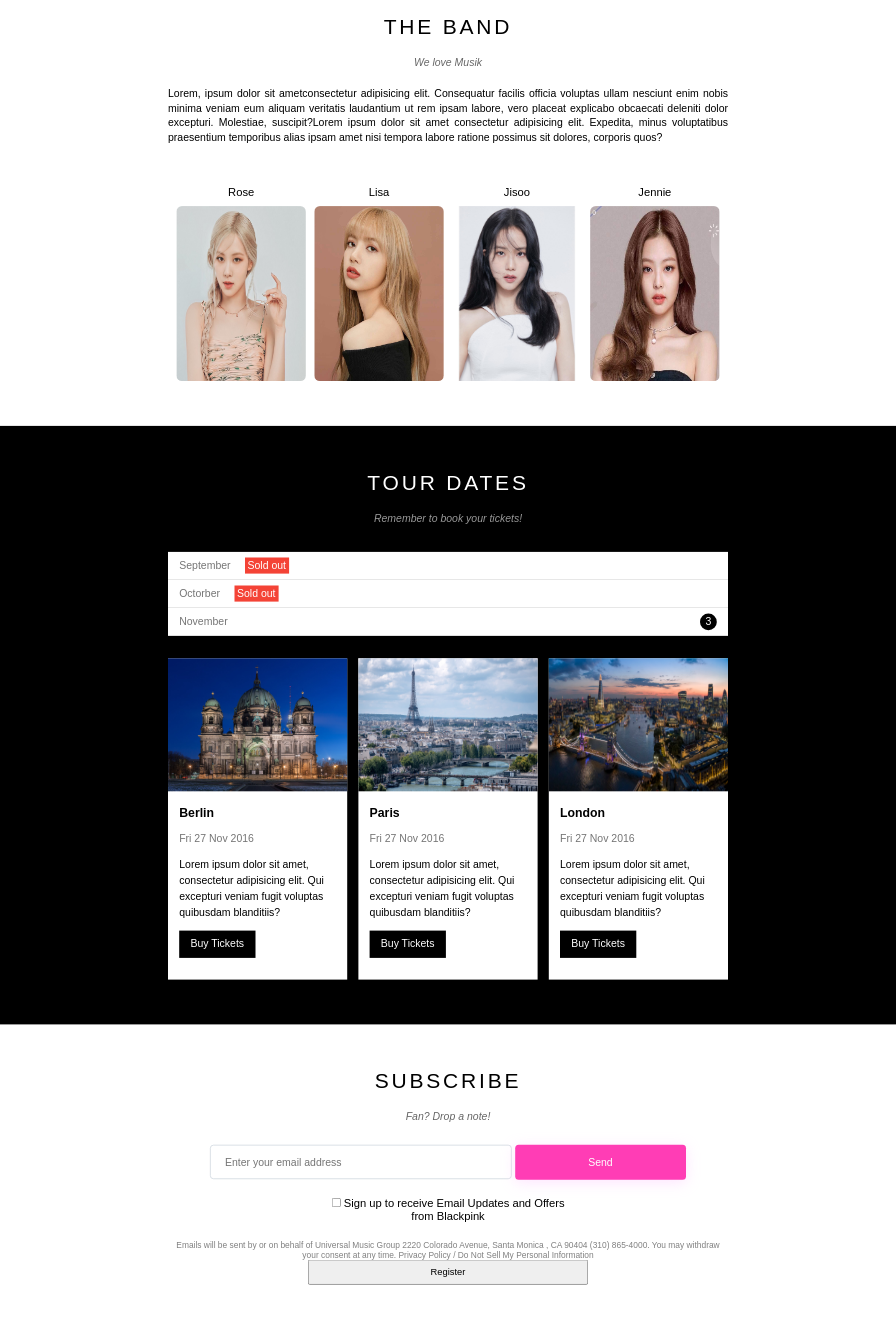
Repository: AiTrinh303/First-Project
Page: /
These files come from the project's save history. The page is drawn as it stood at one moment and after the next save; the edit follows.
The browser window is 1280 px wide. The pictures show the part of the page from y = 728 to 2648 px (the page is 2628 px tall before and 2648 px after), at 70% of full size.
The project was rebuilt for these pictures with package versions that can differ from the ones it lists, and the page was loaded fresh each time.

Above is the page before, as saved 2024-01-23 10:26:10.

After the next save:
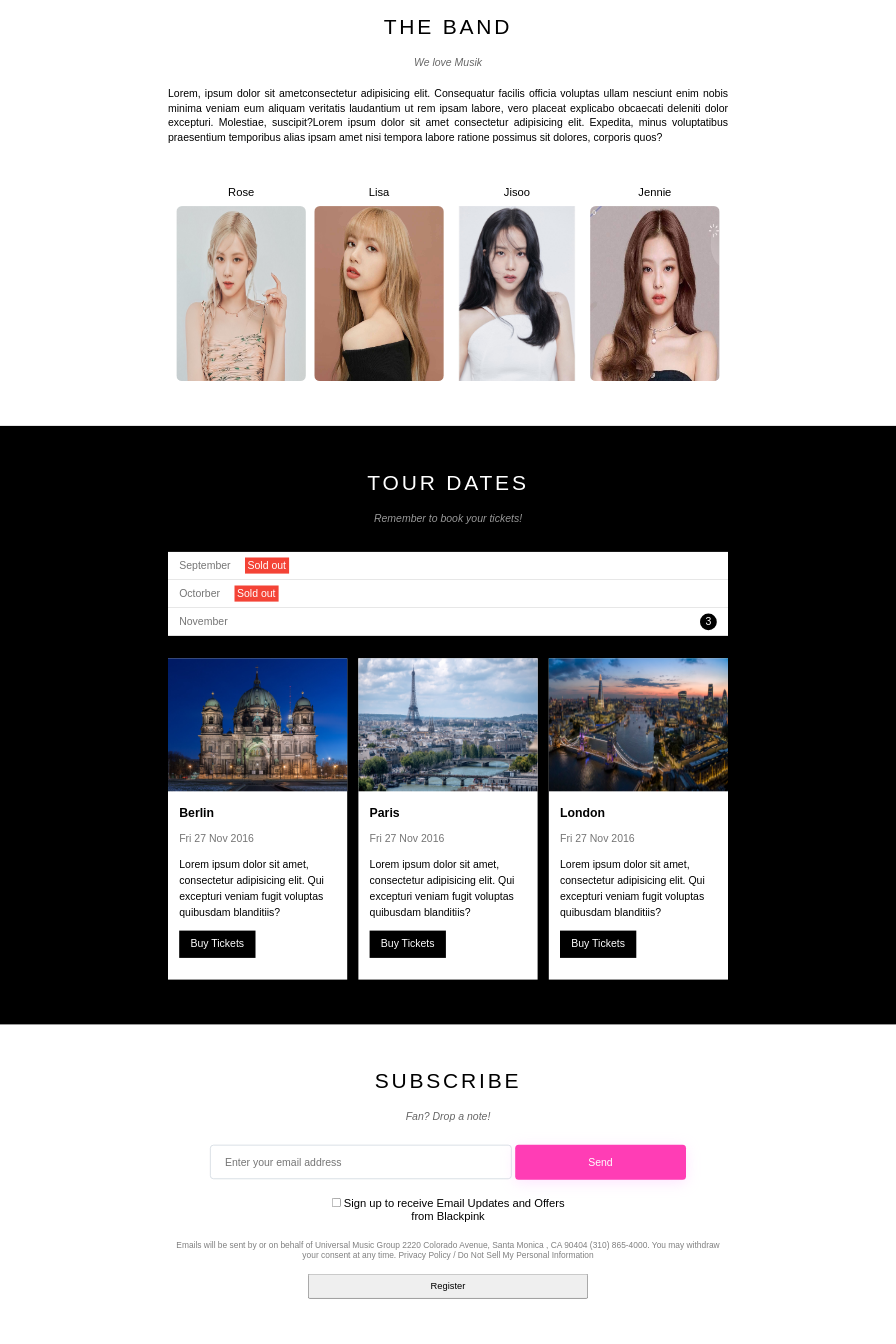
Saved 4 s later.
--- a/src/styles/main.css
+++ b/src/styles/main.css
@@ -323,7 +323,7 @@ width: 345px;
 .form-btn{
   width: 400px;
   line-height: 32px;
-  margin-top: ;
+  margin-top: 20px;
 }
 
 
